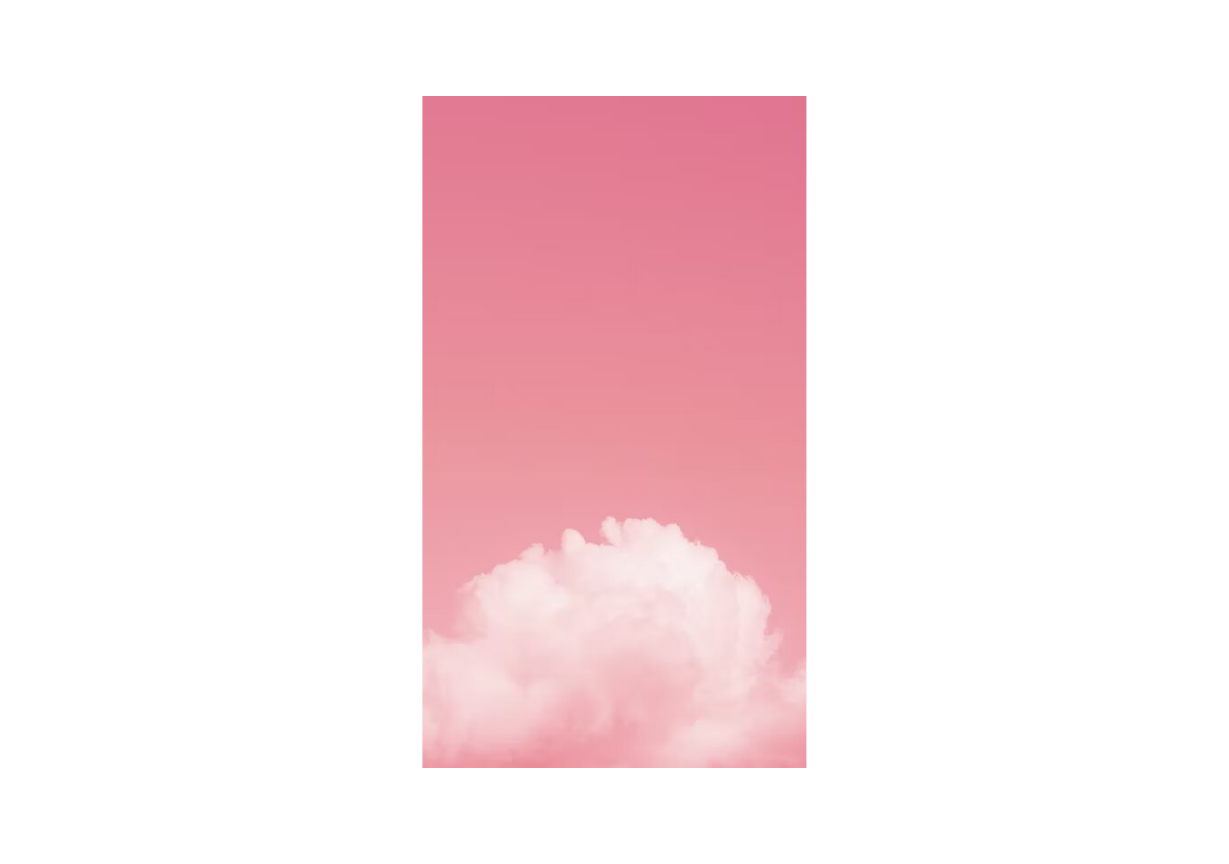
Repository: asya-aisa/grocery-list
Page: /
The author's editor kept a copy of each file at every save. The page is drawn from the files as they stood at one save, then again after the next save.
The browser window is 1280 px wide. The pictures show the whole page, at 96% of full size.
The project was rebuilt for these pictures with package versions that can differ from the ones it lists, and the page was loaded fresh each time.

Above is the page before, as saved 2023-07-14 14:39:07.

### src/App.css
.App {
  background-image: url(fon-img.jpg);
  background-position: center;
  background-size: cover;
  background-repeat: no-repeat;
  width: 400px;
  height: 700px;
  margin: 100px auto;
}

Loaded but not shown: public/index.html (common file); src/index.js (common file); src/App.js (common file); src/reportWebVitals.js (common file)

After the next save:
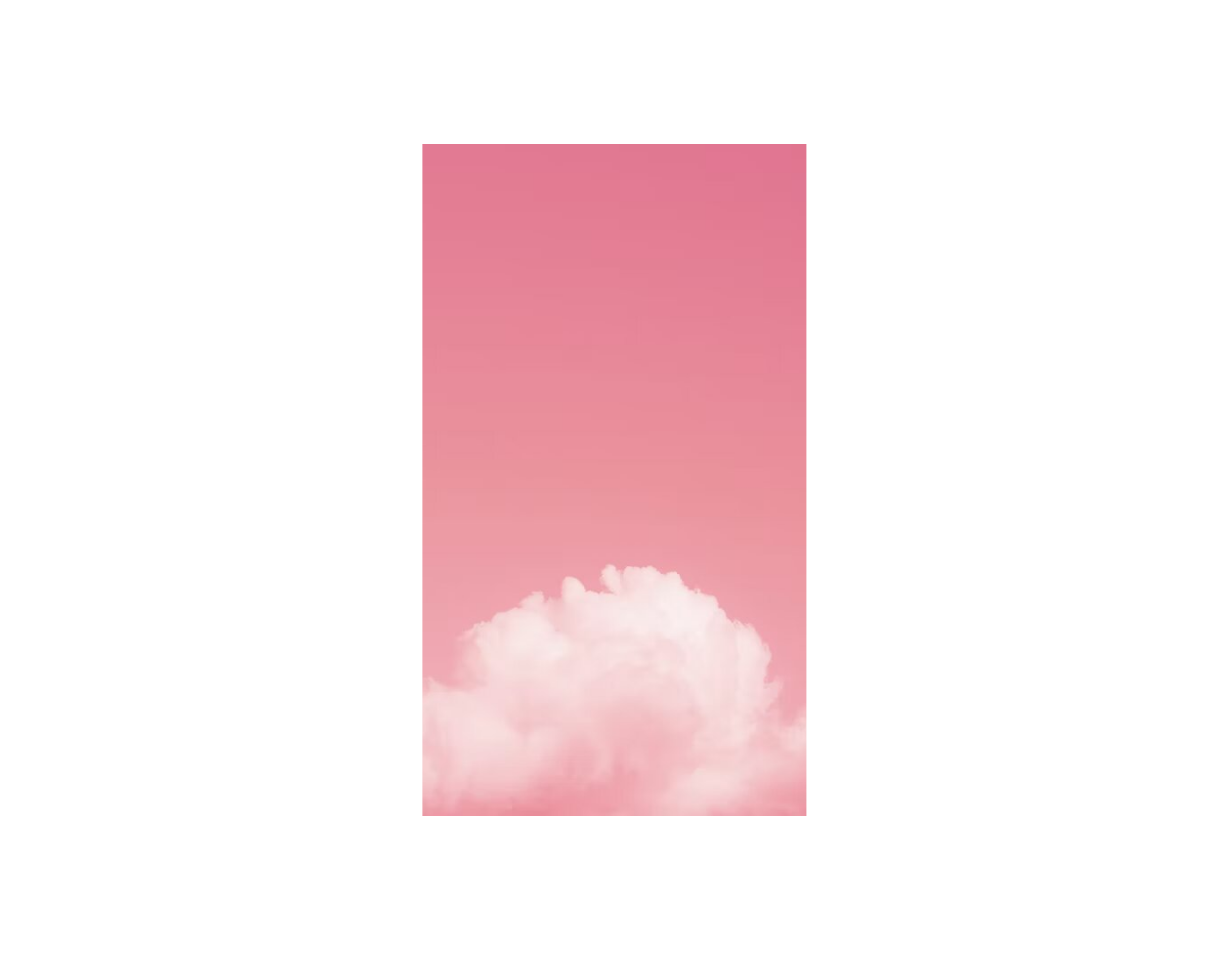
Saved 12 s later.
--- a/src/App.css
+++ b/src/App.css
@@ -5,5 +5,5 @@
   background-repeat: no-repeat;
   width: 400px;
   height: 700px;
-  margin: 100px auto;
+  margin: 150px auto;
 }
